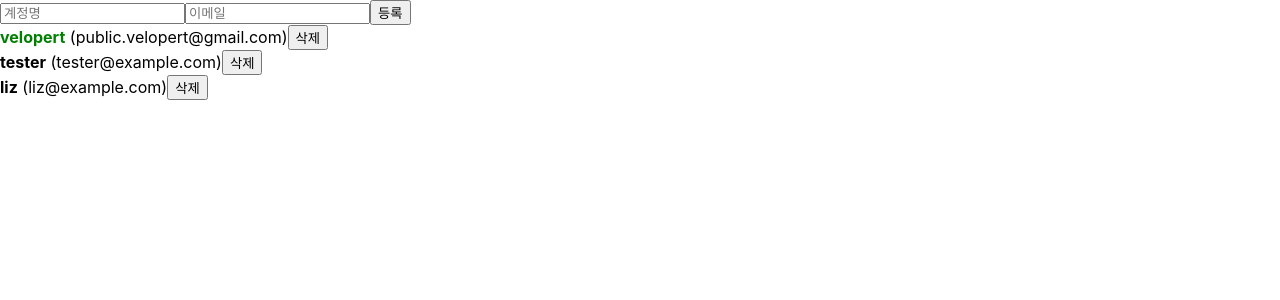
Repository: sojihwan/react-restart
Page: / (app in re-recat/)
An editor plug-in stored every save of this project. The page is shown before and after a run of saves, followed by the edit.
The browser window is 1280 px wide. The pictures show the whole page.
The project was rebuilt for these pictures with package versions that can differ from the ones it lists, and the page was loaded fresh each time. Also part of the build but not shown: re-recat/src/App.css.

Above is the page before, as saved 2022-09-05 13:40:58.

After the next 3 saves:
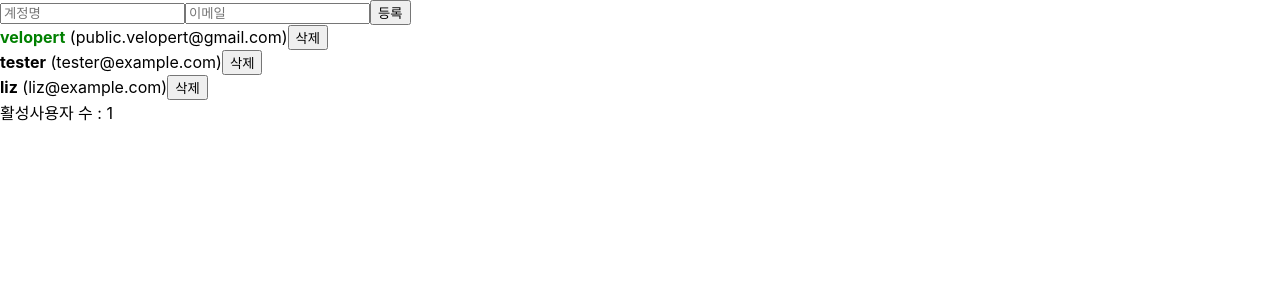
The 3 saves are shown as one change because 2 did not build or start.
The last was saved 108 min 49 s later.
--- a/re-recat/src/App.js
+++ b/re-recat/src/App.js
@@ -1,4 +1,4 @@
-import React, { useRef, useState } from 'react';
+import React, { useRef, useState, useMemo } from 'react';
 // import Hello from './step1/Hello';
 // import Porps from './step2/props'
 // import Wrapper from './step2/Wrapper';
@@ -8,6 +8,10 @@ import UserList from './step5/UserList';
 import CreateUser from './step5/CreateUser';
 import './App.css';
 
+function countActiveUsers(users) {
+  console.log('활성 사용자 수를 세는중...');
+  return users.filter(user => user.active).length;
+}
 
 function App() {
   // step1
@@ -110,6 +114,7 @@ function App() {
       )
     );
   };
+  const count = useMemo(() => countActiveUsers(users), [users]);
   return (
     <>
       <CreateUser
@@ -119,6 +124,7 @@ function App() {
         onCreate={onCreate}
       />
       <UserList users={users} onRemove={onRemove} onToggle={onToggle} />
+      <div>활성사용자 수 : {count}</div>
     </>
   );
 }
